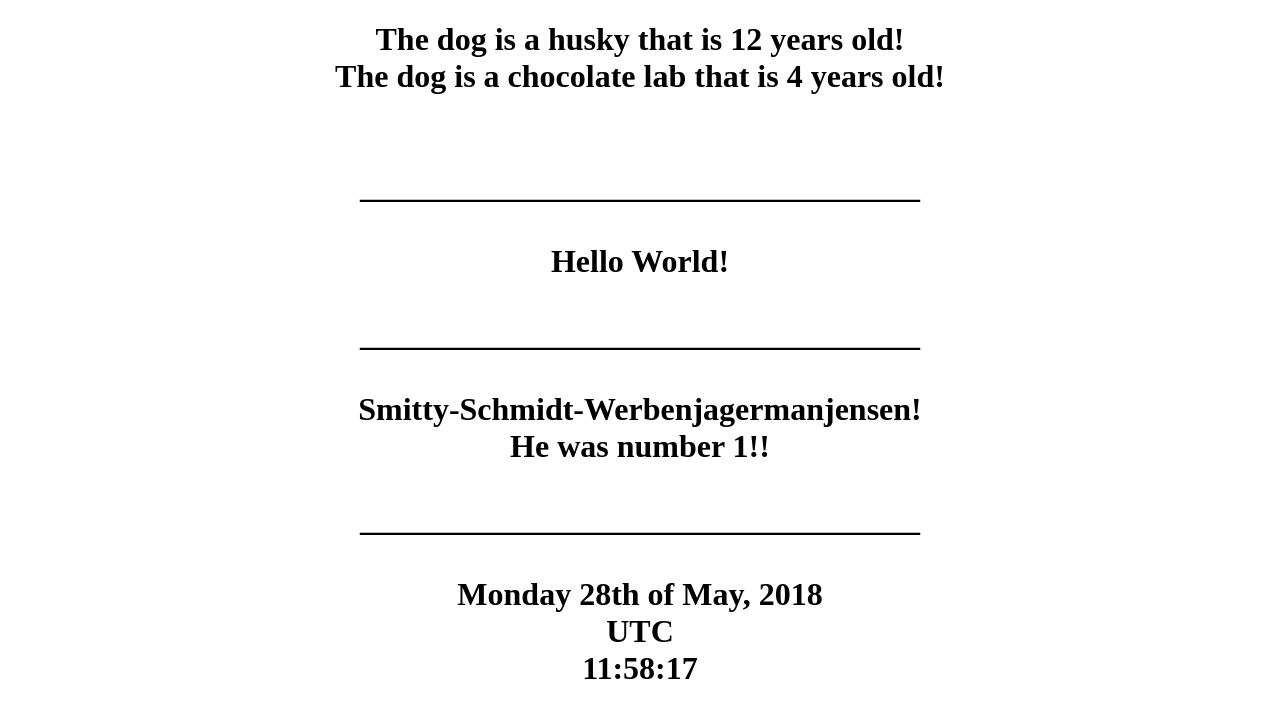
Repository: Lexscher/PHP-practice
Page: http://localhost/
The author's editor kept a record of every edit. The page is drawn from the files as they stood at one moment, then again after the next edit.
The browser window is 1280 px wide. The pictures show the whole page.
The page is run by PHP 8.4 with error messages shown; the project is at /var/www/html/.

Above is the page before.

After the next edit:
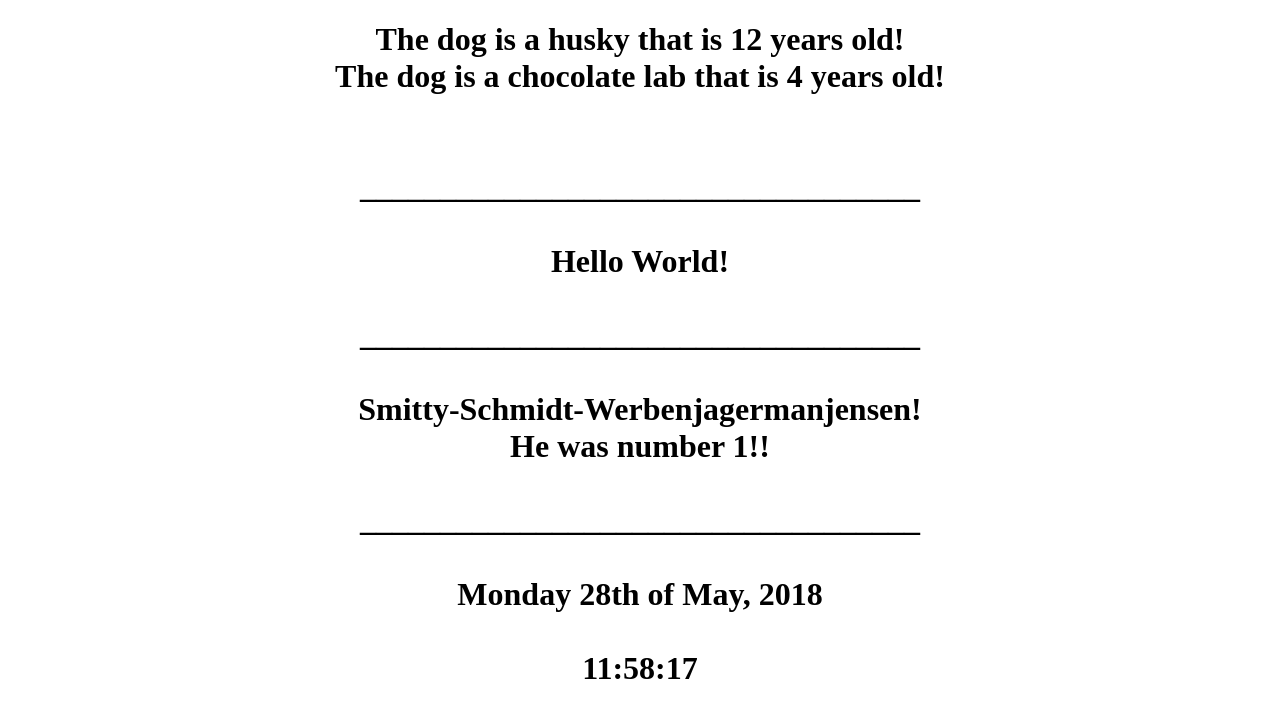
The edit:
--- a/index.php
+++ b/index.php
@@ -55,7 +55,8 @@
                 // PHP's date function
                 echo date("l dS \of F, Y");
                 echo "<br />";
-                echo date("e");
+                // echo date("e"); This told me that we're in UTC time.
+                    // I'm on the east coast, so We'll have to do something about that.
                 echo "<br />";
 
                 // turn into EST
